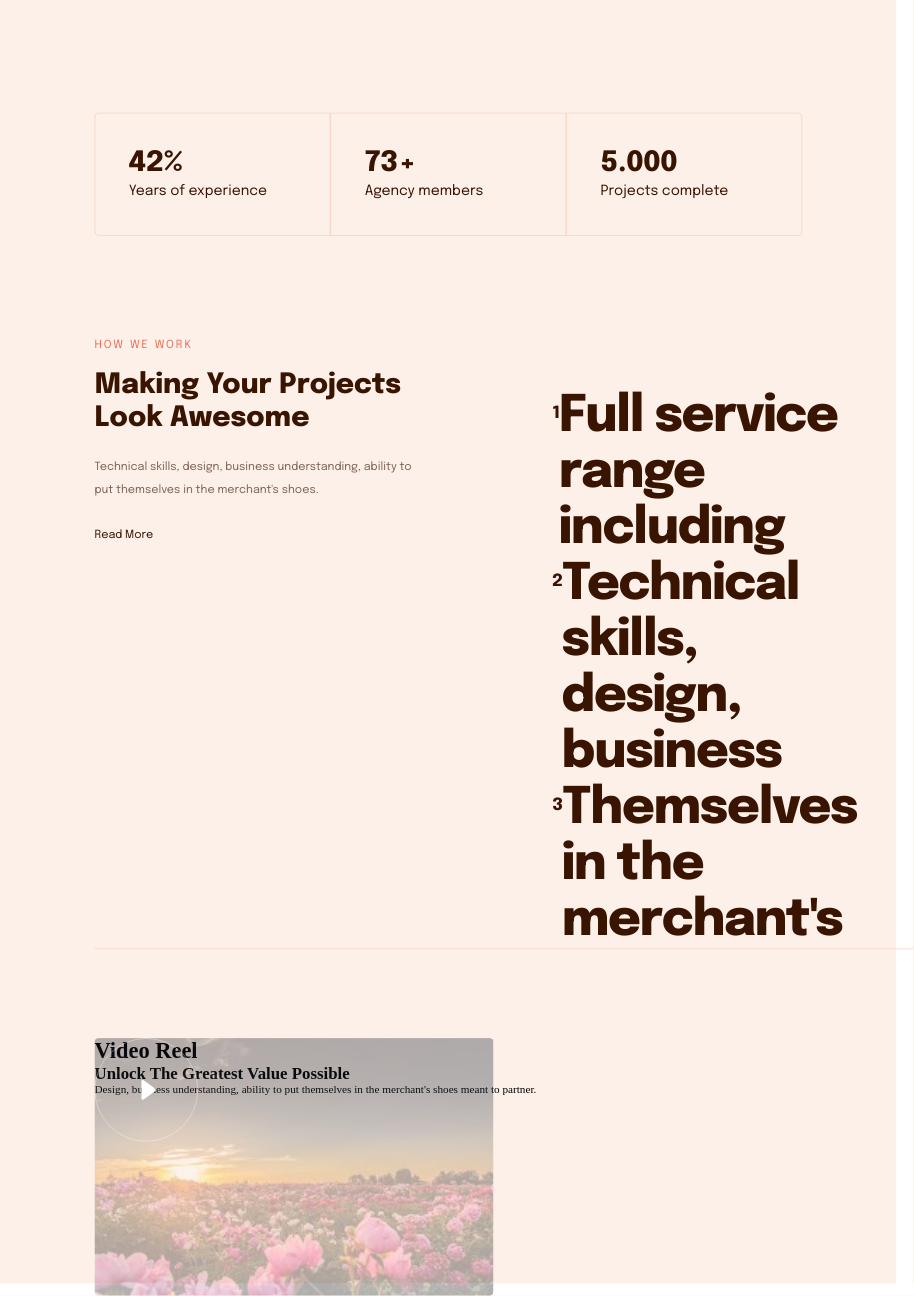
Repository: AytacJafarova/task2
Page: index.html
The author's editor kept a copy of each file at every save. The page is drawn from the files as they stood at one save, then again after a run of saves.
The browser window is 1280 px wide. The page is 1305 px wide, so the pictures cover 1305 px, including what lies to the right of the window. The pictures show the whole page, at 70% of full size.

Above is the page before, as saved 2023-08-01 14:18:53.

### index.html
<!DOCTYPE html>
<html lang="en">

<head>
    <meta charset="UTF-8">
    <meta name="viewport" content="width=device-width, initial-scale=1.0">
    <title>Document</title>
    <link rel="stylesheet" href="./index.css">
</head>

<body>
    <div class="container">
        <div class="projects">
            <ul>
                <li>

                    <h1>42%</h1>
                    <p>Years of experience</p>
                </li>
                <li>
                    <h1>73+</h1>
                    <p>Agency members</p>
                </li>
                <li>
                    <h1>5.000</h1>
                    <p>Projects complete</p>
                </li>
            </ul>
        </div>
        <div class="work">
            <div class="box1">
                <h1>How we work</h1>
                <h2>Making Your Projects <br> Look Awesome</h2>
                <p>Technical skills, design, business understanding, ability to put themselves in the
                    merchant's shoes.</p>
                <a href="#">Read More</a>
            </div>
            <div class="box2">
                <ul>
                    <li>
                        <h1>1</h1>
                        <p>Full service range including</p>
                    </li>
                    <li>
                        <h1>2</h1>
                        <p>Technical skills, design, business</p>
                    </li>
                    <li>
                        <h1>3</h1>
                        <p>Themselves in the merchant's</p>
                    </li>
                </ul>
                <!-- <ul>
                    <li>1</li>
                    <li>2</li>
                    <li>3</li>
                </ul>
                <div class="texts">
                    <h1></h1>
                    <h1></h1>
                    <h1></h1>
                </div> -->
            </div>
        </div>
        <div class="border"></div>
        <div class="video">
            <div class="video-img">
                <img class="first" src="./images/images.jpg" alt="">
                <img src="./images/play.svg" alt="">
            </div>
            <div class="texts">
                <h1>Video Reel</h1>
                <h2>Unlock The Greatest Value Possible</h2>
                <p>Design, business understanding, ability to put themselves in the merchant's shoes meant to partner.
                </p>
            </div>
        </div>
    </div>
</body>

</html>

### index.css
@import url('https://fonts.googleapis.com/css2?family=Epilogue:wght@400;800&display=swap');
* {
    padding: 0;
    margin: 0;
    box-sizing: border-box;
}
.container {
    padding: 161px 134px 268px 135px;
    background: #FDF0E9;
}
.projects ul {
    display: flex;
    /* border-radius: 6px 0px 0px 6px; */
}
.projects ul li {
    display: flex;
    flex-direction: column;
    justify-content: center;
    list-style-type: none;
border: 1px solid #F3D1BF;
width: 33.33%;
height: 176px;
padding-left: 48px;
}
li:first-child{
border-radius: 6px 0px 0px 6px;
}
li:last-child{
border-radius: 0px 6px 6px 0px;
}


.projects ul li h1 {
    color: var(--text-dark, #391400);
font-feature-settings: 'clig' off, 'liga' off;
font-family: Epilogue;
font-size: 40px;
font-style: normal;
font-weight: 800;
line-height: 48px;
}
.projects ul li p {
    color: var(--text-dark, #391400);
font-feature-settings: 'clig' off, 'liga' off;
font-family: Epilogue;
font-size: 20px;
font-style: normal;
font-weight: 400;
line-height: 32px;
}
.work {
    display:flex ;
    margin-top: 140px;
}
.box1 h1 {
    color: var(--text-dark-accent, #EF6D58);
font-feature-settings: 'clig' off, 'liga' off;
font-family: Epilogue;
font-size: 16px;
font-style: normal;
font-weight: 400;
line-height: 32px;
letter-spacing: 3px;
text-transform: uppercase;
margin-bottom: 17px;
}
.box1 h2 {
    color: var(--text-dark, #391400);
font-feature-settings: 'clig' off, 'liga' off;
font-family: Epilogue;
font-size: 40px;
font-style: normal;
font-weight: 800;
line-height: 48px;
margin-bottom: 30px;
}
.box1 p {
    width: 470px;
height: 68px;
flex-shrink: 0;
    color: var(--text-dark-gray, rgba(57, 20, 0, 0.64));
font-feature-settings: 'clig' off, 'liga' off;
font-family: Epilogue;
font-size: 16px;
font-style: normal;
font-weight: 400;
line-height: 32px;
margin-bottom: 28px;
}
.box1 a {
    color: var(--text-dark, #391400);
font-feature-settings: 'clig' off, 'liga' off;
font-family: Epilogue;
font-size: 16px;
font-style: normal;
font-weight: 400;
line-height: 32px;
text-decoration: none;
}
.box2 {
    display: flex;
    margin-left: 130px;
    margin-top: 78px;
}
.box2 ul li {
    display: flex;
    list-style-type: none;
    color: #391400;
font-feature-settings: 'clig' off, 'liga' off;
font-family: Epilogue;
font-size: 72px;
font-style: normal;
font-weight: 800;
line-height: 80px;
letter-spacing: -2px;
/* margin-bottom: 32px; */
}
.box2 ul li h1 {
    color: var(--text-dark, #391400);
font-feature-settings: 'clig' off, 'liga' off;
font-family: Epilogue;
font-size: 24px;
font-style: normal;
font-weight: 700;
line-height: 32px;
margin-bottom: 80px;
margin-top: 20px;
margin-left: 54px;
}
.border {
    width: 1170px;
height: 1px;
flex-shrink: 0;
background: #F3D1BF;
}
.video {
    display: flex;
    margin-top:127px;
}
.video .video-img .first  {
    width: 570px;
    height: 368px;
    flex-shrink: 0;
    border-radius: 6px;
opacity: 0.318057119846344;
background: #5C2000;
}
.video .video-img  img {
    width: 148px;
height: 148px;
flex-shrink: 0;
color: FFFFF;
margin-bottom: 0;
position: absolute;
}
.video-img {
    position: relative;
}

After the next 3 saves:
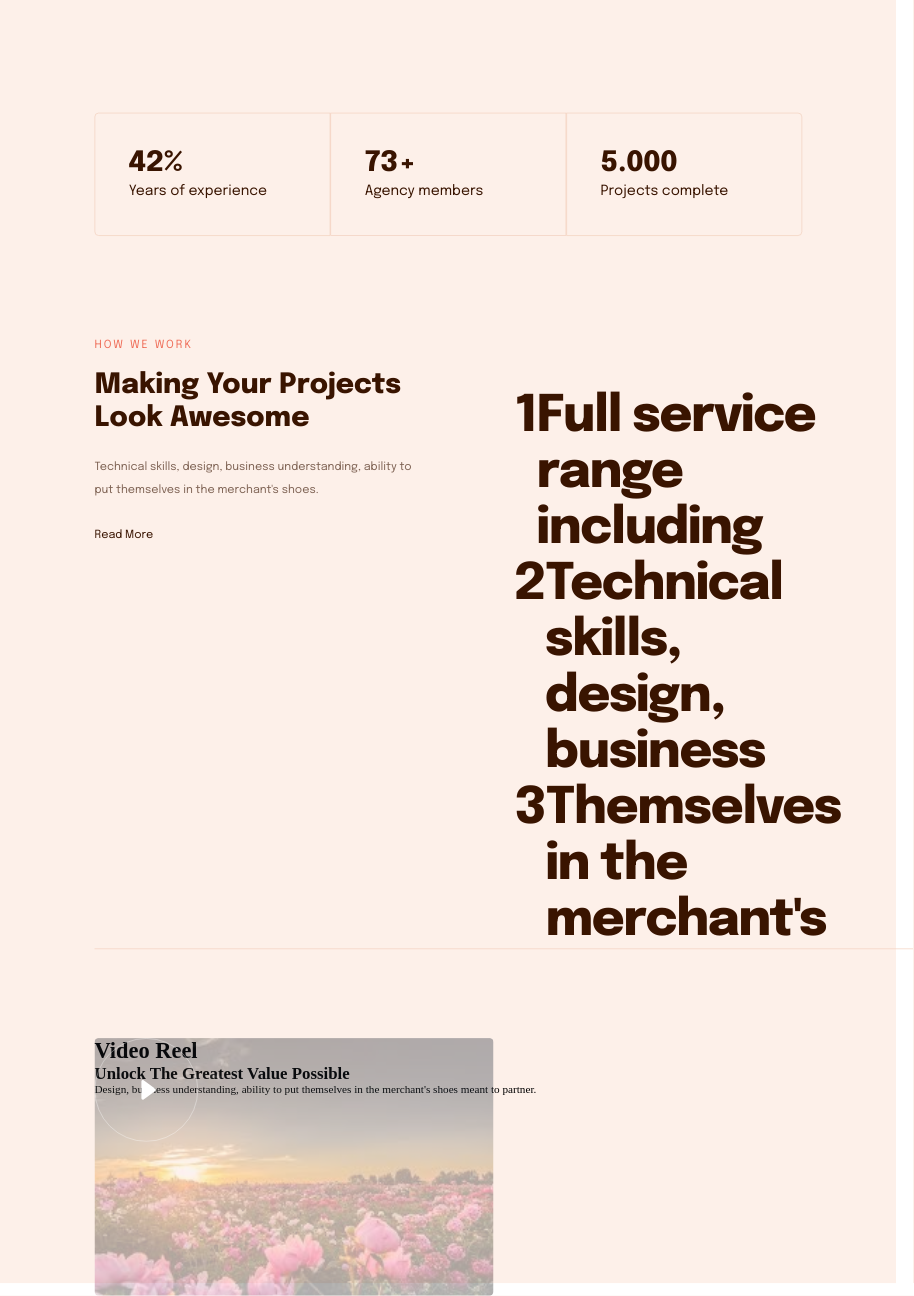
The 3 saves are shown as one change because they came seconds apart.
The last was saved 10 s later.
--- a/index.css
+++ b/index.css
@@ -116,16 +116,14 @@ letter-spacing: -2px;
 /* margin-bottom: 32px; */
 }
 .box2 ul li h1 {
-    color: var(--text-dark, #391400);
-font-feature-settings: 'clig' off, 'liga' off;
-font-family: Epilogue;
-font-size: 24px;
-font-style: normal;
-font-weight: 700;
-line-height: 32px;
-margin-bottom: 80px;
-margin-top: 20px;
-margin-left: 54px;
+    color: #391400;
+    font-feature-settings: 'clig' off, 'liga' off;
+    font-family: Epilogue;
+    font-size: 72px;
+    font-style: normal;
+    font-weight: 800;
+    line-height: 80px;
+    letter-spacing: -2px;
 }
 .border {
     width: 1170px;
